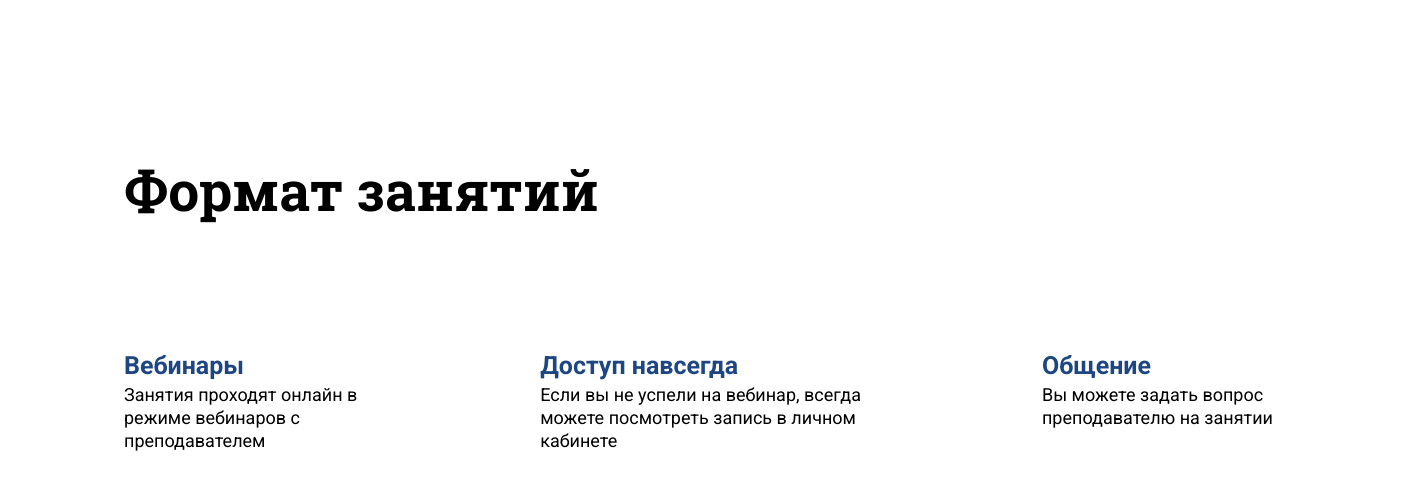
Repository: PoladEziz/Task2
Page: index.html
The author's editor kept a copy of each file at every save. The page is drawn from the files as they stood at one save, then again after the next save.
The browser window is 1280 px wide. The page is 1404 px wide, so the pictures cover 1404 px, including what lies to the right of the window. The pictures show the whole page.

Above is the page before, as saved 2023-05-04 17:26:34.

After the next save:
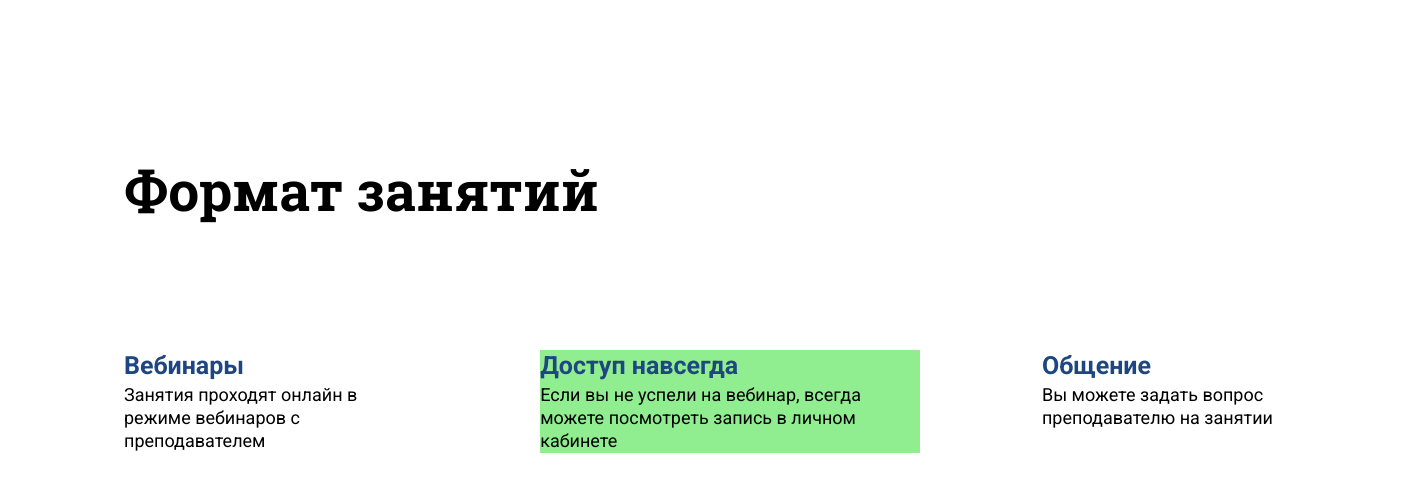
Saved 89 s later.
--- a/index.css
+++ b/index.css
@@ -34,7 +34,9 @@
     /* width: 229px; */
     margin-right: 122px;
 }
-
+li:nth-child(2) {
+    background: lightgreen;
+  }
 .page-1 ul li h2 {
     font-family: 'Roboto';
     font-style: normal;

After the 2 saves that followed:
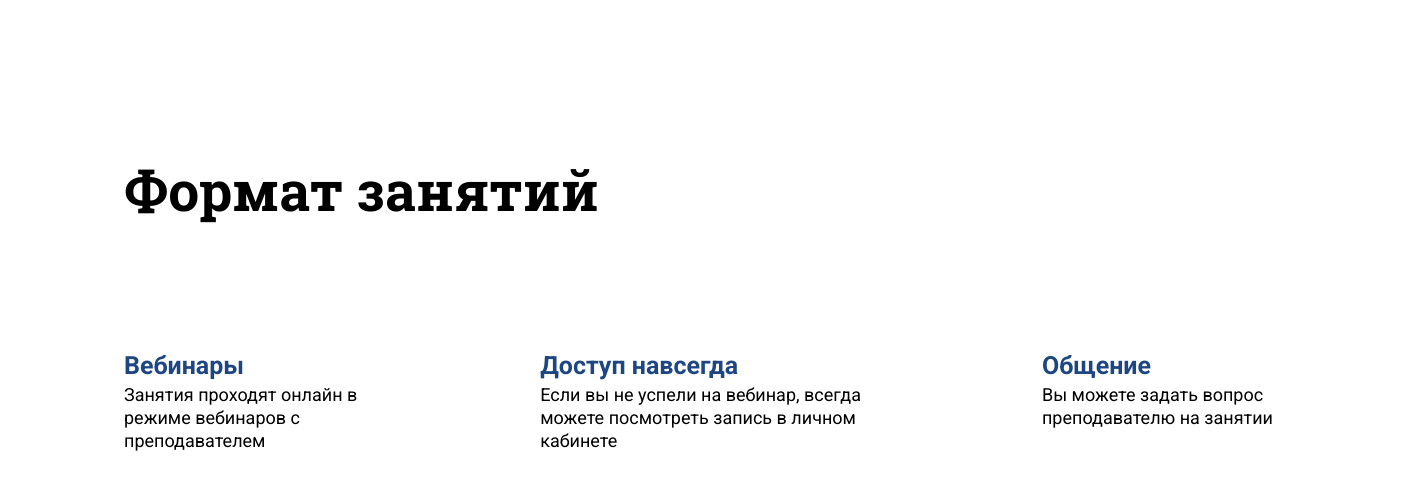
The 2 saves are shown as one change because they came seconds apart.
The last was saved 35 s later.
--- a/index.css
+++ b/index.css
@@ -34,9 +34,9 @@
     /* width: 229px; */
     margin-right: 122px;
 }
-li:nth-child(2) {
-    background: lightgreen;
-  }
+li:nth-child(1) {
+
+}
 .page-1 ul li h2 {
     font-family: 'Roboto';
     font-style: normal;
